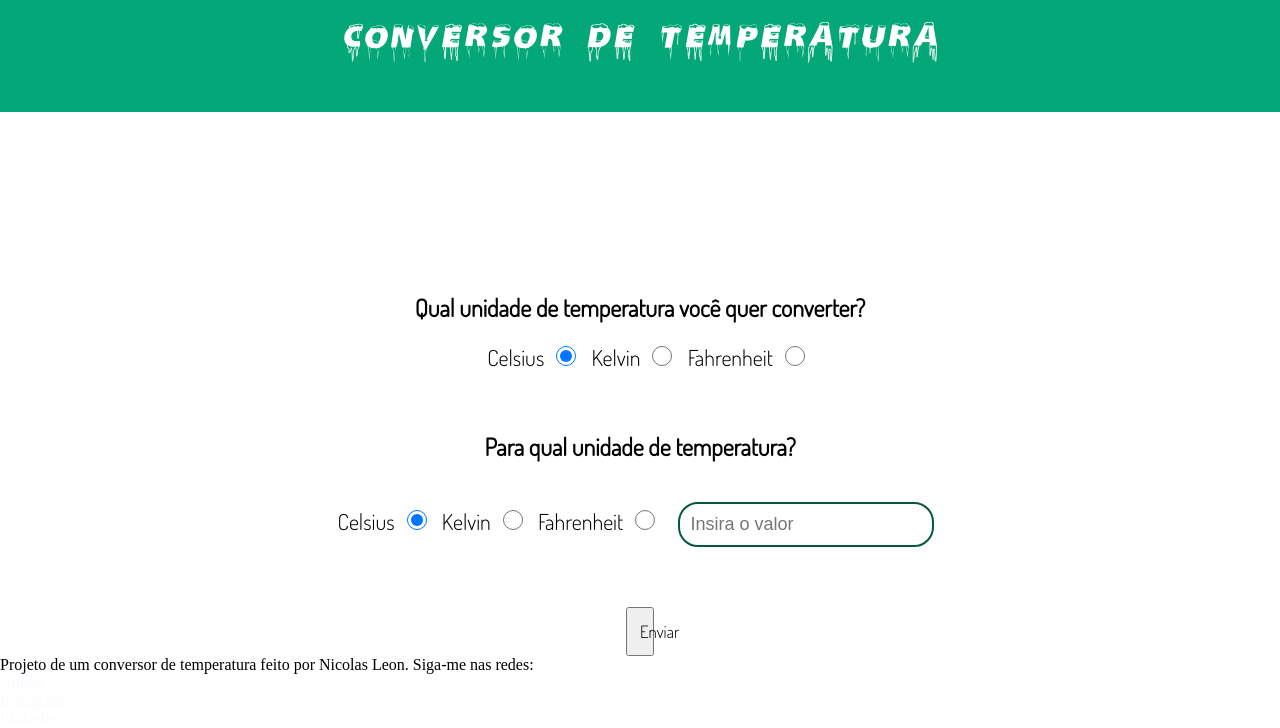
Repository: Leonngc/Conversor-de-temperatura
Page: index.html
The author's editor kept a copy of each file at every save. The page is drawn from the files as they stood at one save, then again after the next save.
The browser window is 1280 px wide. The pictures show the whole page.
Some icons come from a web library that is not loaded, so they are not drawn.

Above is the page before, as saved 2023-02-10 23:34:09.

### index.html
<!DOCTYPE html>
<html lang="pt-br">
<head>
    <meta charset="UTF-8">
    <meta http-equiv="X-UA-Compatible" content="IE=edge">
    <meta name="viewport" content="width=device-width, initial-scale=1.0">
    <link rel='stylesheet' href='https://cdn-uicons.flaticon.com/uicons-bold-straight/css/uicons-bold-straight.css'>
    <link rel="stylesheet" href="style.css">
    <title>Conversor de temperatura</title>
</head>
<body>
    <header>
        <h1>Conversor de Temperatura</h1>
        <button id="menu-button"><i class="fi fi-bs-menu-burger"></i></button>

        <menu>
            <ul id="links-menu">
                <li><a href="">Sobre a página</a></li>
                <li><a href="">História</a></li>
                <li><a href="">Outros Projetos</a></li>
            </ul>
        </menu>
    </header>

    <main>
       <form>
        <h2>Qual unidade de temperatura você quer converter?</h2>
        <label for="celsius">Celsius</label><input type="radio" name="unidade" id="celsius" class="unidades" checked>
        <label for="kelvin">Kelvin</label><input type="radio" name="unidade" class="unidades" id="kelvin">
        <label for="fahrenheit">Fahrenheit</label><input type="radio" name="unidade" class="unidades" id="fahrenheit">
        <br>
       </form>
       <form>
        <h2>Para qual unidade de temperatura?</h2>
        <label for="cel-res">Celsius</label><input type="radio" name="res-unidade" id="cel-res" class="res-unidades"  checked>
        <label for="kel-res">Kelvin</label><input type="radio" name="res-unidade" id="kel-res" class="res-unidades">
        <label for="fah-res">Fahrenheit</label><input type="radio" name="res-unidade" id="fah-res" class="res-unidades">
        <input type="number" name="graus" id="graus" placeholder="Insira o valor">
       </form>
       <button id="submit">Enviar</button>
    </main>

    <footer>
        <p>Projeto de um conversor de temperatura feito por Nicolas Leon. Siga-me nas redes: </p>
        <ul>
            <li><a href="">Github</a></li>
            <li><a href="">Instagram</a></li>
            <li><a href="">Linkedin</a></li>
        </ul>
    </footer>
</body>
</html>

### style.css
@charset "UTF-8";
@import url('https://fonts.googleapis.com/css2?family= Dosis:wght@300 & display = swap');
@font-face {
    font-family: Title;
    src: url(fonts/IceCaps.ttf);
}

:root{
    --yellow: #F7FF58;
    --snow: #FBFBFF;
    --blackout: #040F16;
    --dosis: 'Dosis', sans-serif;
}

*{
    margin: 0;
    padding: 0;
    box-sizing: border-box;
}

header{
    background-color: #04A777;
    margin-bottom: 160px;
    max-width: 100vw;
    color: white;
}

header > h1{
    font-family: Title, sans-serif;
    font-weight: lighter;
    text-align: center;
    font-size: 45px;
    padding: 22px;
}

menu{
    background-color: #05C78D;
    padding: 20px;
    max-width: 100vw;
    display: none;
}

menu > ul{
    margin-left: 20px;
    font-size: 20px;
    font-family: var(--dosis);
    font-weight: bold;
    color: white;
}

menu > ul > li{
    padding: 5px;
}

li > a{
    text-decoration: none;
    color: #FBFBFF;
}

li > a:hover{
    color: #03583e;
    text-decoration: underline;
}

#menu-button{
    background-color: #03583e00;
    border: none;
    color: white;
    font-size: 40px;
    margin-left: 15px;
    margin-bottom: 12px;
}

main{
    text-align: center;
}

form{
    margin: 40px;
    font-family: var(--dosis);

}

form > h2{
    padding: 20px;
}

.unidades, .res-unidades{
    height: 20px;
    width: 20px;
}

label{
    font-size: 22px;
    padding: 12px;
}

#graus{
    margin: 20px;
    padding: 10px;
    border-radius: 20px;
    border: 2px solid #03583e;
    color: #03583e;
    font-size: 18px;
}

#submit{
    font-family: var(--dosis);
    font-size: 17px;
    padding: 12px;
    width: 20px;
}

After the next save:
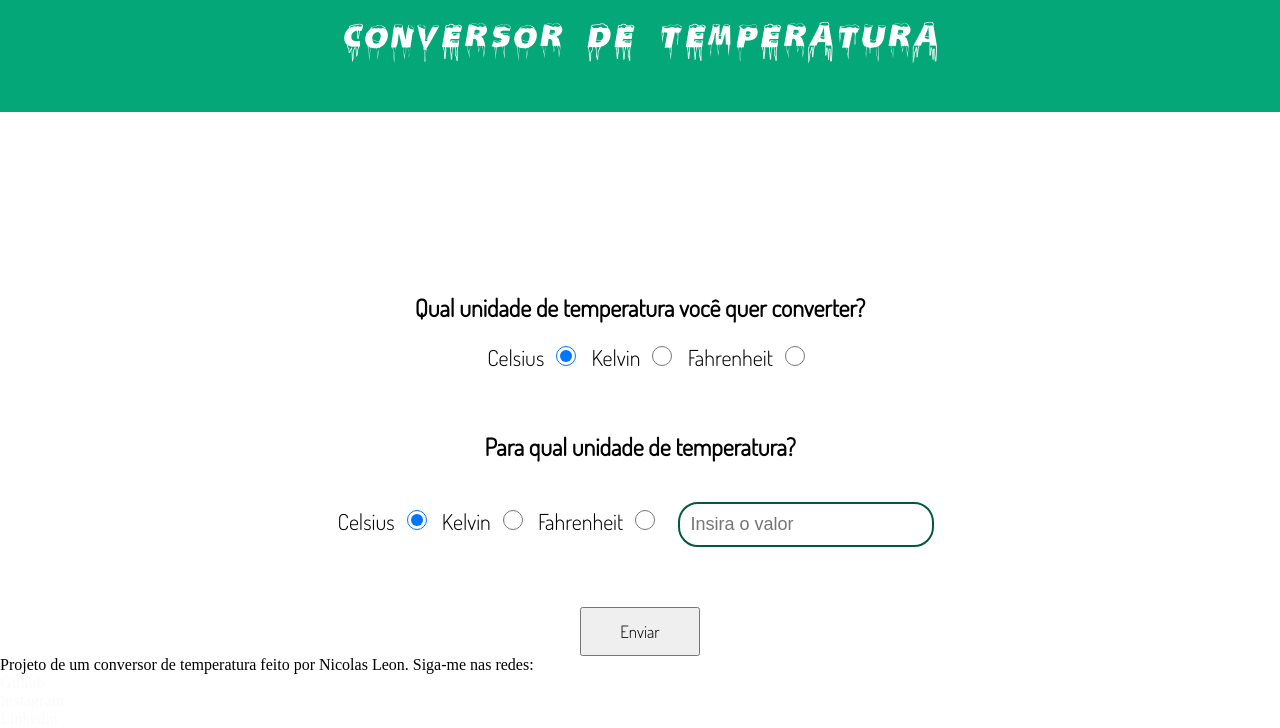
Saved 6 s later.
--- a/style.css
+++ b/style.css
@@ -108,5 +108,5 @@ label{
     font-family: var(--dosis);
     font-size: 17px;
     padding: 12px;
-    width: 20px;
+    width: 120px;
 }
